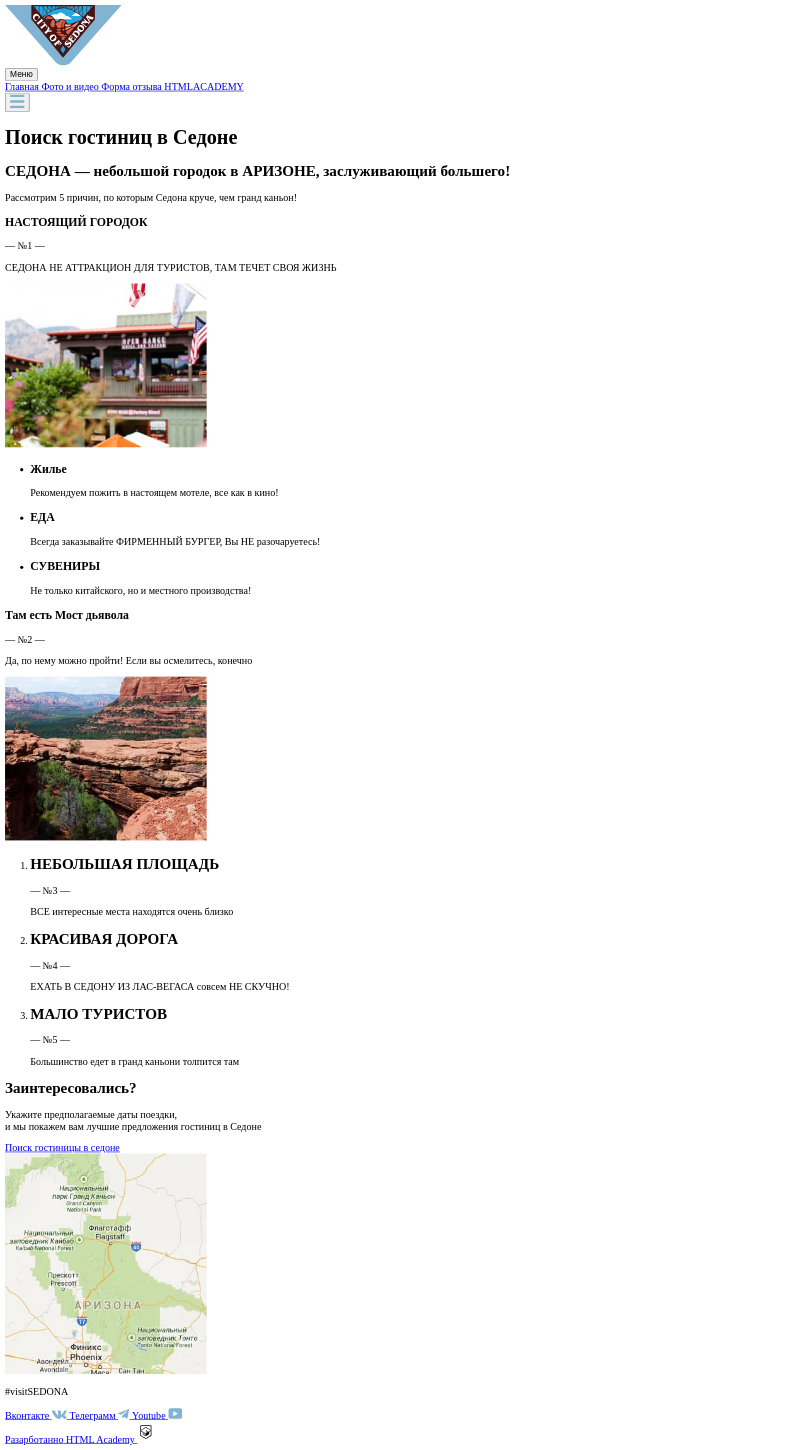
Repository: iKrekus/2149661-sedona-27
Page: source/index.html
These files come from the project's save history. The page is drawn as it stood at one moment and after the next save; the edit follows.
The browser window is 1280 px wide. The pictures show the whole page, at 63% of full size.

Above is the page before, as saved 2022-11-28 22:09:11.

### source/index.html
<!DOCTYPE html>
<html class="page" lang="ru">
  <head>
    <meta charset="utf-8">
    <title>HTML Academy: Седона</title>
  </head>
<body class="page__body">
  <header class="main-header">
    <a class="main-header__logo">
      <img src="img/logos/logo.svg" width="185" height="96" alt="Логотип 'Седона'.">
    </a>
    <div class="main-nav">
      <button class="main-nav__toggle" type="button">
        <span class="visually-hidden">Меню</span>
      </button>
      <nav class="main-nav__wrapper">
        <a class="main-nav__item main-nav__item--current" href="index.html">
          Главная
        </a>
        <a class="main-nav__item" href="catalog.html">
          Фото и видео
        </a>
        <a class="main-nav__item" href="form.html">
          Форма отзыва
        </a>
        <a class="main-nav__item" href="https://htmlacademy.ru/">
          HTMLACADEMY
        </a>
      </nav>
      <button class="menu-button" type="button">
        <svg width="23" height="22" viewBox="0 0 23 22" fill="none" xmlns="http://www.w3.org/2000/svg"><path d="M22.9 0H0v4h22.9V0ZM22.9 9H0v4h22.9V9ZM22.9 18H0v4h22.9v-4Z" fill="#81B3D2"/></svg>
      </button>
    </div>
  </header>
  <main class="main-container">
    <h1 class="visually-hidden">Поиск гостиниц в Седоне</h1>
    <div class="hero-wrapper">
      <section class="hero-block">
        <h2 class="hero-block__title">
          СЕДОНА — небольшой городок в АРИЗОНЕ, заслуживающий большего!
        </h2>
        <p class="hero-block__description">
          Рассмотрим 5 причин, по которым Седона круче, чем гранд каньон!
        </p>
      </section>
    </div>
    <section class="features">
        <h3 class="features__features-title">
          НАСТОЯЩИЙ ГОРОДОК
        </h3>
        <p class="features__features-divider">
          <!--Далее будет сделан через псевдоэлемент Или потом будет выводится, как номер пункта в списке, если переделать features в список-->
          — №1 —
        </p>
        <p class="features__features-title">
          СЕДОНА НЕ АТТРАКЦИОН ДЛЯ ТУРИСТОВ, ТАМ ТЕЧЕТ СВОЯ ЖИЗНЬ
        </p>
      <img src="img/photo/sedona-town-mobile.jpg" alt="Фото Города." width="320" height="260">
    </section>
    <section class="advantages">
      <ul class="advantages__list advantages__list--no-number">
        <li class="advantages__item">
          <h3 class="advantages__title">
            Жилье
          </h3>
          <p class="advantages__description">
            Рекомендуем пожить в настоящем мотеле, все как в кино!
          </p>
        </li>
        <li class="advantages__item">
          <h3 class="advantages__title">
            ЕДА
          </h3>
          <p class="advantages__description">
            Всегда заказывайте ФИРМЕННЫЙ БУРГЕР, Вы НЕ разочаруетесь!
          </p>
        </li>
        <li class="advantages__item">
          <h3 class="advantages__title">
            СУВЕНИРЫ
          </h3>
          <p class="advantages__description">
            Не только китайского, но и местного производства!
          </p>
        </li>
      </ul>
    </section>
    <section class="features">
        <h3 class="features__features-title">
          Там есть Мост дьявола
        </h3>
        <p class="features__features-divider">
          <!--Далее будет сделан через псевдоэлемент Или потом будет выводится, как номер пункта в списке, если переделать features в список-->
          — №2 —
        </p>
        <p class="features__features-title">
          Да, по нему можно пройти! Если вы осмелитесь, конечно
        </p>
      <img src="img/photo/devil-gridge-mobile.jpg" alt="Фото - 'Мост дьявола'." width="320" height="260">
    </section>
    <section class="advantages">
      <ol class="advantages__list">
        <li class="advantages__item">
          <h2 class="advantages__title">
            НЕБОЛЬШАЯ ПЛОЩАДЬ
          </h2>
          <p class="advantages__advantages-divider">
            <!--Далее будет сделан через псевдоэлемент Или потом будет выводится, как номер пункта в списке, если переделать features в список-->
            — №3 —
          </p>
          <p class="advantages__description">
            ВСЕ интересные места находятся очень близко
          </p>
        </li>
        <li class="advantages__item">
          <h2 class="advantages__title">
            КРАСИВАЯ ДОРОГА
          </h2>
          <p class="advantages__advantages-divider">
            <!--Далее будет сделан через псевдоэлемент Или потом будет выводится, как номер пункта в списке, если переделать features в список-->
            — №4 —
          </p>
          <p class="advantages__description">
            ЕХАТЬ В СЕДОНУ ИЗ ЛАС-ВЕГАСА совсем НЕ СКУЧНО!
          </p>
        </li>
        <li class="advantages__item">
          <h2 class="advantages__title">
            МАЛО ТУРИСТОВ
          </h2>
          <p class="advantages__advantages-divider">
            <!--Далее будет сделан через псевдоэлемент Или потом будет выводится, как номер пункта в списке, если переделать features в список-->
            — №5 —
          </p>
          <p class="advantages__description">
            Большинство едет в гранд каньони толпится там
          </p>
        </li>
      </ol>
    </section>
    <section class="action-form">
      <h2 class="action-form__title">Заинтересовались?</h2>
      <p class="action-form__description">Укажите предполагаемые даты поездки,<br>и мы покажем вам лучшие предложения гостиниц в Седоне</p>
      <a class="action-form__link button button-serch" href="#">Поиск гостиницы в седоне</a>
    </section>
    <div class="search-map">
      <img src="img/photo/map-mobile.jpg" alt="Карта." width="320" height="350">
    </div>
  </main>
  <footer class="main-footer">
    <p class="main-footer__title">
      #visitSEDONA
    </p>
      <div class="main-footer__social">
          <a class="main-footer__link button" href="https://vk.com/htmlacademy">
              <span class="visually-hidden">Вконтакте</span>
              <svg aria-hidden="true" focusable="false" width="24" height="14" fill="none" xmlns="http://www.w3.org/2000/svg">
                <path fill-rule="evenodd" clip-rule="evenodd" d="M24.116 1.804c.166-.546 0-.948-.795-.948h-2.625c-.668 0-.976.347-1.143.73 0 0-1.335 3.196-3.226 5.272-.612.602-.89.793-1.224.793-.167 0-.418-.19-.418-.738V1.804c0-.656-.184-.948-.74-.948H9.817c-.417
              0-.668.304-.668.593 0 .621.946.765 1.043 2.513V7.76c0 .833-.153.984-.487.984-.89 0-3.055-3.21-4.34-6.885-.249-.715-.5-1.003-1.172-1.003H1.566c-.75 0-.9.347-.9.73 0 .682.89 4.07 4.145 8.551 2.17 3.06 5.225 4.72 8.008 4.72 1.67 0 1.875-.369
              1.875-1.004V11.54c0-.737.158-.884.687-.884.39 0 1.057.192 2.615 1.667 1.78 1.75 2.073 2.533 3.075 2.533h2.625c.75 0 1.126-.368.91-1.096-.238-.724-1.088-1.775-2.215-3.022-.612-.71-1.53-1.475-1.809-1.858-.389-.49-.278-.71 0-1.147 0 0 3.2-4.426
              3.533-5.929h.001Z" fill="#83B3D3"/>
              </svg>
          </a>
          <a class="main-footer__link button" href="https://t.me/htmlacademy">
              <span class="visually-hidden">Телеграмм</span>
              <svg aria-hidden="true" focusable="false" width="18" height="16" fill="none" xmlns="http://www.w3.org/2000/svg">
                <path d="M16.79.96.84 7.1c-1.09.44-1.08 1.05-.2 1.32l4.1 1.28 9.47-5.98c.44-.27.85-.13.52.17l-7.68 6.93-.28 4.22c.41 0 .6-.2.83-.41l1.99-1.94 4.13 3.06c.77.42 1.31.2 1.5-.71l2.72-12.8c.28-1.1-.43-1.61-1.16-1.28Z" fill="#83B3D3"/>
              </svg>
          </a>
          <a class="main-footer__link button" href="https://www.youtube.com/user/htmlacademyru">
              <span class="visually-hidden">Youtube</span>
              <svg aria-hidden="true" focusable="false" width="22" height="17" fill="none" xmlns="http://www.w3.org/2000/svg">
                <path d="M18.94.356H3.507C1.647.356.333 1.95.333 3.756V13.85c0 1.913 1.314 3.506 3.174 3.506H19.16c1.642 0 3.174-1.593 3.174-3.4v-10.2c-.219-1.806-1.532-3.4-3.393-3.4ZM7.995 12.894V4.819l7.333 4.037-7.333 4.038Z" fill="#83B3D3"/>
              </svg>
          </a>
      </div>
      <div class="copyrirht-footer-wrapper">
        <div class="copyrirht-footer">
          <a class="copyrirht-footer__link" href="https://htmlacademy.ru/">
            <span class="copyrirht-footer__description">Разарботанно</span>
            <span class="visually-hidden">HTML Academy</span>
            <svg xmlns="http://www.w3.org/2000/svg" viewBox="0 0 60 60" width="27" height="34"><path fill="#000000" d="M30.2 5h-.2l-19.7 2.1v36.2l19.7 11.7 19.7-11.7v-36.2l-19.5-2.1zm17 36.8l-17.2 10.2-17.2-10.2v-14.8l17.1 10.2v1.8l-11.7-7v1.8l11.8 7.1v1.9l-11.8-7v1.8l11.8 7 11.9-7.1v-7.6l5.3-3.2v15.1zm-.1-17l-4.7 2.8-2.2 1.3-10.3-6.1v1.8l8.8 5.3h-.1l-.2.1-1.3.7-7.3-4.3v1.8l5.8 3.4-1.4.9-4.3-2.6v1.8l2.9 1.7-2.9 1.7-17-10.1 17-10.2 17.2 10zm.1-1.8l-17.3-10.2-17.1 10.2v-13.6l17.2-1.8 17.2 1.8v13.6z"/></svg>
          </a>
        </div>
      </div>
  </footer>
</body>
</html>

After the next save:
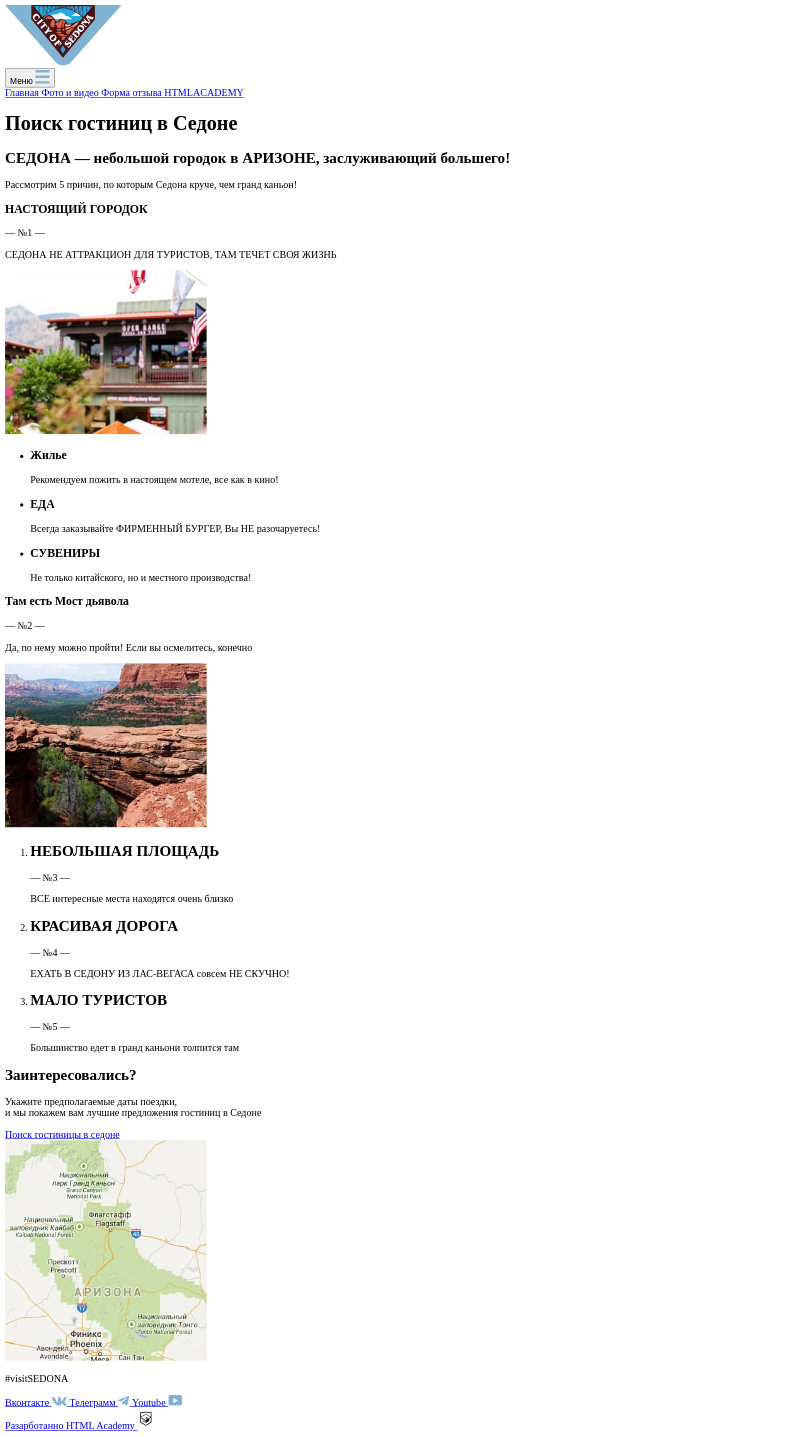
Saved 5 min 7 s later.
--- a/source/index.html
+++ b/source/index.html
@@ -12,6 +12,7 @@
     <div class="main-nav">
       <button class="main-nav__toggle" type="button">
         <span class="visually-hidden">Меню</span>
+        <svg width="23" height="22" viewBox="0 0 23 22" fill="none" xmlns="http://www.w3.org/2000/svg"><path d="M22.9 0H0v4h22.9V0ZM22.9 9H0v4h22.9V9ZM22.9 18H0v4h22.9v-4Z" fill="#81B3D2"/></svg>
       </button>
       <nav class="main-nav__wrapper">
         <a class="main-nav__item main-nav__item--current" href="index.html">
@@ -27,9 +28,6 @@
           HTMLACADEMY
         </a>
       </nav>
-      <button class="menu-button" type="button">
-        <svg width="23" height="22" viewBox="0 0 23 22" fill="none" xmlns="http://www.w3.org/2000/svg"><path d="M22.9 0H0v4h22.9V0ZM22.9 9H0v4h22.9V9ZM22.9 18H0v4h22.9v-4Z" fill="#81B3D2"/></svg>
-      </button>
     </div>
   </header>
   <main class="main-container">
